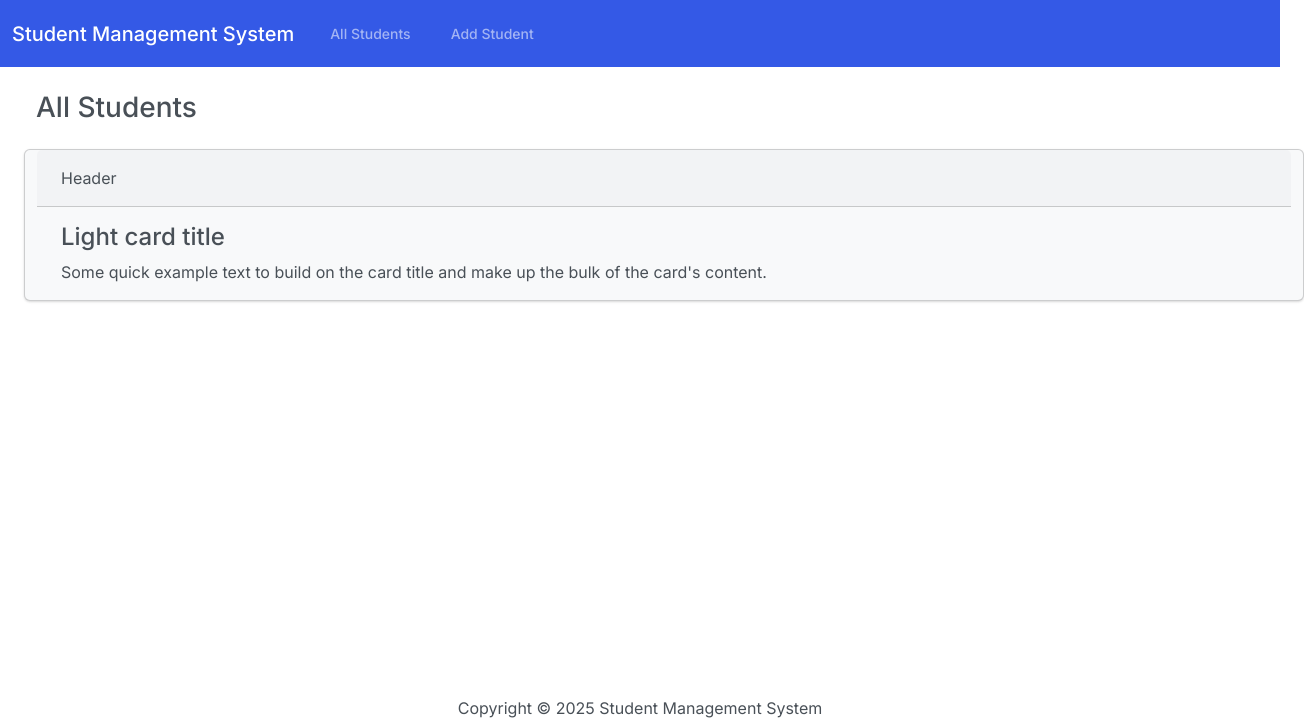
Repository: saraanbih/Student-Management-System
Page: http://localhost/
The author's editor kept a copy of each file at every save. The page is drawn from the files as they stood at one save, then again after the next save.
The browser window is 1280 px wide. The page is 1304 px wide, so the pictures cover 1304 px, including what lies to the right of the window. The pictures show the whole page.
The page is served by the project's application, run on Django 5.2 (manage.py).

Above is the page before, as saved 2025-09-11 15:35:57.

After the next save:
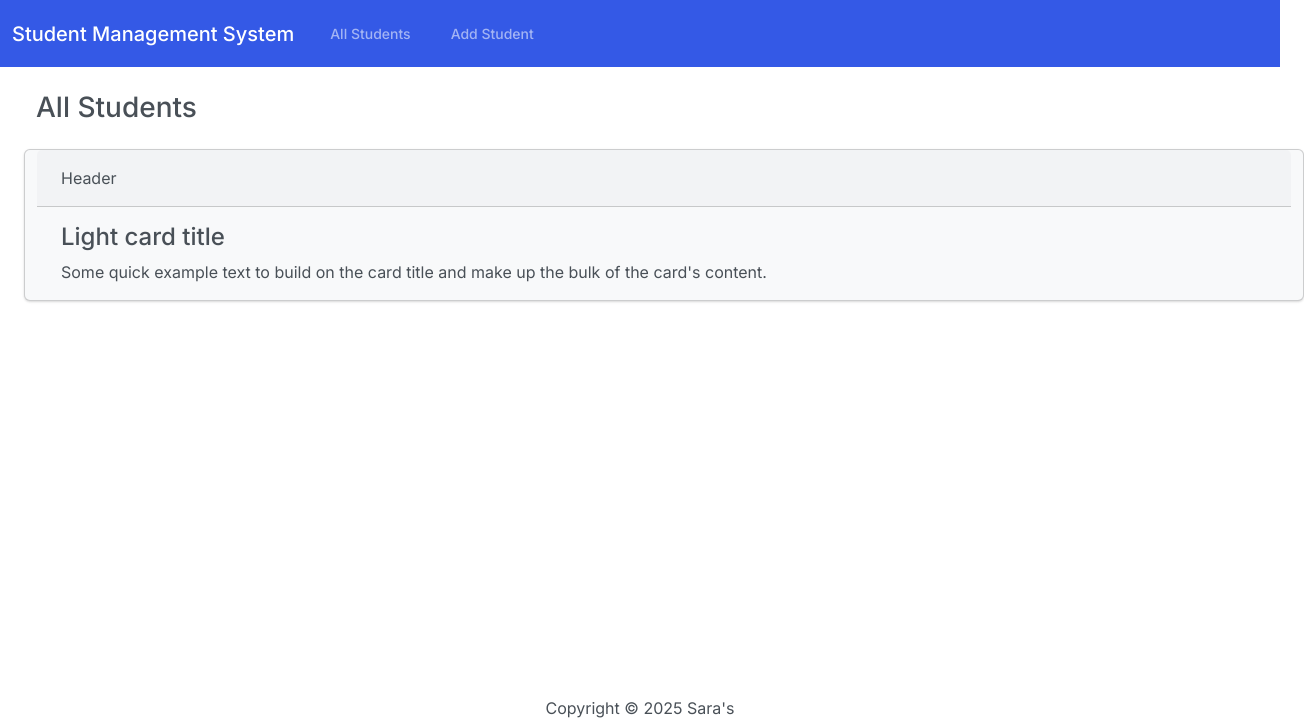
Saved 28 s later.
--- a/students/templates/students/index.html
+++ b/students/templates/students/index.html
@@ -53,7 +53,7 @@
     <footer class="mt-auto mp-4">
       <div class="text-center">
         <span>
-          Copyright &copy; <script>document.write(new Date().getFullYear())</script> Student Management System
+          Copyright &copy; <script>document.write(new Date().getFullYear())</script> Sara's
         </span>
       </div>
 
